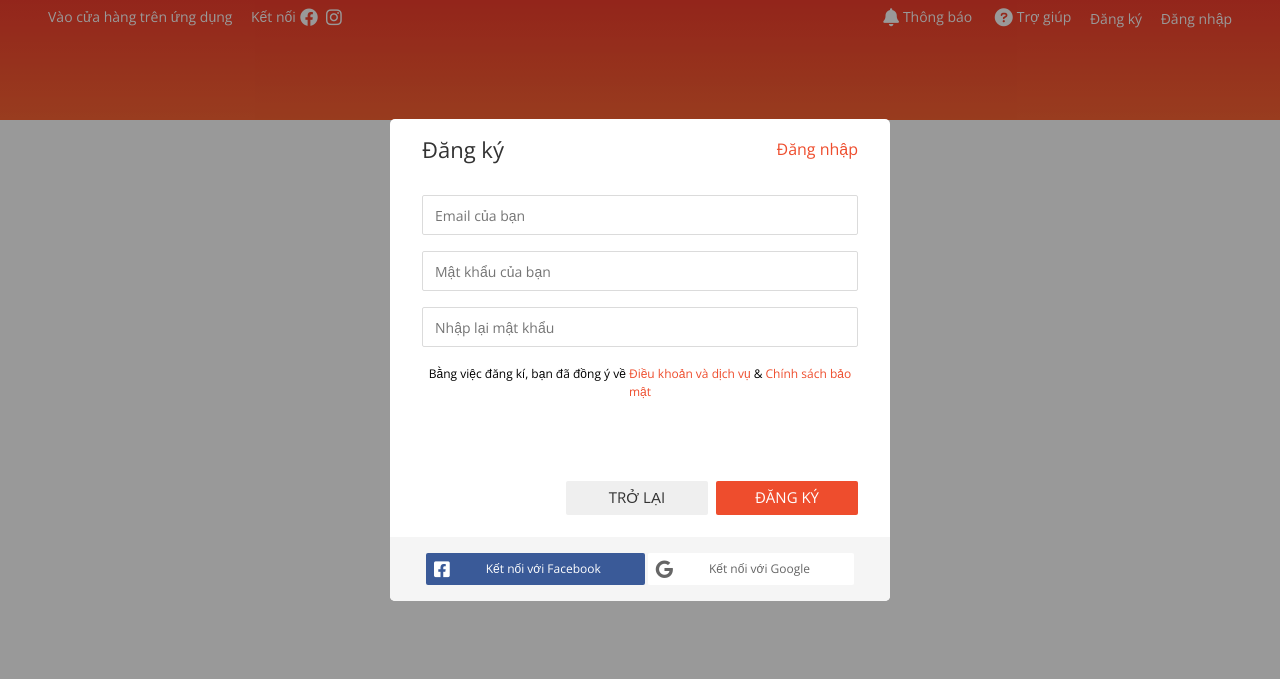
Repository: trongtamdev/Clone-Shopee-Page
Page: index.html
An editor plug-in stored every save of this project. The page is shown before and after the next save, followed by the edit.
The browser window is 1280 px wide. The pictures show the whole page.

Above is the page before, as saved 2022-07-08 22:24:05.

### index.html
<!DOCTYPE html>
<html lang="en">

<head>
    <meta charset="UTF-8">
    <meta http-equiv="X-UA-Compatible" content="IE=edge">
    <meta name="viewport" content="width=device-width, initial-scale=1.0">
    <title>Document</title>
    <link rel="stylesheet" href="https://cdnjs.cloudflare.com/ajax/libs/normalize/8.0.1/normalize.min.css">
    <link rel="stylesheet" href="assets/css/base.css">
    <link rel="stylesheet" href="assets/css/main.css">
    <link rel="stylesheet" href="assets/fonts/fontawesome-free-6.1.1/css/all.min.css">
    <link href="https://fonts.googleapis.com/css2?family=Open+Sans:wght@300;400;500;700&display=swap" rel="stylesheet">
</head>
    <div class="app">
        <header class="header">
            <div class="grid">
                <nav class="header__navbar">
                    <ul class="header__navbar-list">
                        <li class="header__navbar-item header__navbar-item--has-qr">
                            Vào cửa hàng trên ứng dụng
                            <div class="header__qr">
                                <img src="assets/img/qr_code.png" alt="QR code" class="header__qr-img">
                                <div class="header__qr-apps">
                                    <a href="" class="header__qr-link">
                                        <img src="assets/img/google_play.png" alt="Google play" class="header__qr-download-img">
                                    </a>
                                    <a href="" class="header__qr-link">
                                        <img src="assets/img/app_store.png" alt="App store" class="header__qr-download-img">
                                    </a>
                                </div>
                            </div>
                        </li>
                        <li class="header__navbar-item">
                            <span class="header__navbar-title--no-pointer">Kết nối</span>
                            <a href="" class="header__navbar-icon-link">
                                <i class="header__navbar-icon fa-brands fa-facebook"></i>
                            </a>
                            <a href="" class="header__navbar-icon-link">
                                <i class="header__navbar-icon fa-brands fa-instagram"></i>
                            </a>
                        </li>
                    </ul>

                    <ul class="header__navbar-list">
                        <li class="header__navbar-item">
                            <a href="" class="header__navbar-item-link">
                                <i class="header__navbar-icon fa-solid fa-bell"></i>
                                Thông báo</a>
                        </li>

                        <li class="header__navbar-item">
                            <a href="" class="header__navbar-item-link">
                                <i class="header__navbar-icon fa-solid fa-circle-question"></i>
                                Trợ giúp</a>
                        </li>

                        <li class="header__navbar-item header__navbar-item--strong">Đăng ký</li>
                        <li class="header__navbar-item header__navbar-item--strong">Đăng nhập</li>
                    </ul>
                </nav>
            </div>

        </header>

        <div class="container">

        </div>

        <footer class="footer">

        </footer>
    </div>
    <div class="modal">
        <div class="modal__overlay">

        </div>
        <div class="modal__body">

            <!-- Auth form -->
            <div class="auth-form">
                <div class="auth-form__container">
                    <div class="auth-form__header">
                        <h3 class="auth-form__heading">Đăng ký</h3>
                        <span class="auth-form__switch-btn">Đăng nhập</span>
                    </div>

                    <div class="auth-form__form">
                        <div class="auth-form__group">
                            <input type="text" class="auth-form__input" placeholder="Email của bạn">
                        </div>

                        <div class="auth-form__group">
                            <input type="password" class="auth-form__input" placeholder="Mật khẩu của bạn">
                        </div>

                        <div class="auth-form__group">
                            <input type="password" class="auth-form__input" placeholder="Nhập lại mật khẩu">
                        </div>
                    </div>

                    <div class="auth-form__aside">
                        <p class="auth-form__policy-text">
                            Bằng việc đăng kí, bạn đã đồng ý về
                            <a href="" class="auth-form__text-link">Điều khoản và dịch vụ</a> &
                            <a href="" class="auth-form__text-link">Chính sách bảo mật</a>
                        </p>
                    </div>

                    <div class="auth-form__controls">
                        <button class="btn btn--normal auth-form__controls-back">TRỞ LẠI</button>
                        <button class="btn btn--primary">ĐĂNG KÝ</button>
                    </div>
                </div>

                <div class="auth-form__socials">
                    <a href="" class="btn auth-form__socials--facebook btn--size-s btn--with-icon">
                        <i class="auth-form__socials-icon fa-brands fa-facebook-square"></i>
                        <span class="auth-form__socials-title">
                            Kết nối với Facebook
                        </span>
                    </a>

                    <a href="" class="btn auth-form__socials--google btn--size-s btn--with-icon">
                        <i class="auth-form__socials-icon fa-brands fa-google"></i>
                        <span class="auth-form__socials-title">
                        Kết nối với Google
                        </span>
                    </a>
                </div>
            </div>
        </div>
    </div>
<body>

</body>

</html>

### assets/css/base.css
:root {
    --white-color :#fff;
    --back-color :#000;
    --text-color : #333;
    --primary-color: #EE4D2D;
    --border-color: #dbdbdb;
}

*{
    box-sizing: inherit;
}

html {
    font-size: 62.5%;
    line-height: 1.6rem;
    font-family: 'Open Sans', sans-serif;;
    box-sizing: border-box;
}

.grid {
    width: 1200px;
    max-width: 100%;
    margin: 0 auto;
}

.grid__full-width {
    width: 100%;
}

.grid__row {
    display: flex;
    flex-wrap: wrap
}

/* Animation */
@keyframes fadeIn {
    from {
        opacity: 0;
    }to {
        opacity: 1;
    }
}

/* Modal */

.modal {
    position: fixed;
    top: 0;
    right: 0;
    bottom: 0;
    left: 0;
    display: flex;
}

.modal__overlay {
    position: absolute;
    width: 100%;
    height: 100%;
    background-color: rgba(0, 0, 0, 0.4);
}

.modal__body {
    margin: auto;
    position: relative;
    z-index: 1;
}

/* Button Style */
.btn {
    min-width: 142px;
    height: 34px;
    text-decoration: none;
    border: none;
    border-radius: 2px;
    font-size: 1.5rem;
    padding: 0 12px;
    outline: none;
    cursor: pointer;
    color: var(--text-color);
    display: flex;
    align-items: center;
    justify-content: center;
}

.btn.btn--normal:hover {
    background-color: rgba(0, 0, 0, 0.2);
}

.btn.btn--size-s {
    height: 32px;
    font-size: 12px;
    padding: 0 8px;
}


.btn.btn--primary {
    color: var(--white-color);
    background-color: var(--primary-color);
}

.btn.btn--disabled {
    color: #949494;
    cursor: default;
    background-color: #c3c3c3;
}

### assets/css/main.css
.header {
    height: 120px;
    background-image: linear-gradient(0, #fe6433, #f53e2d);
}

.header__navbar {
    display: flex;
    justify-content: space-between;
}

.header__navbar-list {
    list-style: none;
    padding: 0;
    margin-top: 4px;
}

.header__navbar-item {
    margin: 0 8px;
    position: relative;
    min-height: 26px;
}

.header__navbar-item--has-qr:hover .header__qr {
    display: block;
}

.header__navbar-item,
.header__navbar-item-link{
    display: inline-block;
    font-size: 1.4rem;
    color :var(--white-color);
    text-decoration: none;
    font-weight: 300;
}

.header__navbar-item,
.header__navbar-item-link,
.header__navbar-icon-link {
    display: inline-flex;
    align-items: center;
}

.header__navbar-item:hover,
.header__navbar-item-link:hover,
.header__navbar-icon-link:hover{
    cursor: pointer;
    color: rgba(255, 255, 255, 0.7);
}

.header__navbar-item--strong {
    font-weight: 400;
}


.header__navbar-icon-link {
    color: var(--white-color);
    text-decoration: none;
}

.header__navbar-icon {
    font-size: 1.8rem;
    margin: 0 4px;
}

.header__navbar-title--no-pointer {
    color: var(--white-color);
    cursor: text;
}

/* Header QR code */

.header__qr {
    width: 186px;
    background-color: var(--white-color);
    position: absolute;
    left: 0;
    top: 118%;
    padding: 8px;
    border-radius: 2px;
    display: none;
    animation: fadeIn ease-in 0.5s;
}

.header__qr::before {
    position: absolute;
    left: 0;
    top: -16px;
    width: 100%;
    height: 20px;
    content: "";
    display: block;
}

.header__qr-img {
    width: 100%;
}

.header__qr-apps {
    display: flex;
}

.header__qr-link:nth-child(1) {
    margin-left: 11px;
}

.header__qr-link:nth-child(2) {
    margin-right: 11px;
}

.header__qr-download-img {
    height: 18px;
}


/* Authen Modal */

.auth-form {
    width: 500px;
    background-color: var(--white-color);
    border-radius: 5px;
    overflow: hidden;
}


.auth-form__container {
    padding: 0 32px;
}

.auth-form__header {
    display: flex;
    align-items: center;
    justify-content: space-between;
}

.auth-form__heading {
    font-size: 2.2rem;
    font-weight: 400;
    color: var(--text-color);
}

.auth-form__switch-btn {
    font-size: 1.6rem;
    font-weight: 400;
    color: var(--primary-color);
    cursor: pointer;
}

.auth-form__form {

}

.auth-form__input {
    width: 100%;
    height: 40px;
    margin-top: 16px;
    padding: 0 12px;
    font-size: 1.4rem;
    border: 1px solid var(--border-color);
    border-radius: 2px;
    outline: none;
}

.auth-form__input:focus {
    border-color: #777;
}

.auth-form__aside {
    margin-top: 18px;
}

.auth-form__policy-text {
    font-size: 1.2rem;
    line-height: 1.8rem;
    text-align: center;
    padding: 0 12pxs;
}

.auth-form__text-link {
    text-decoration: none;
    color: var(--primary-color);
}

.auth-form__controls {
    display: flex;
    justify-content: flex-end;
    margin-top: 80px;
}

.auth-form__controls-back {
    margin-right: 8px;
}

.auth-form__socials {
    background-color: #f5f5f5;
    padding: 16px 36px;
    display: flex;
    justify-content: space-between;
    margin-top: 22px;
}

.auth-form__socials-icon {
    font-size: 1.8rem;

}

.auth-form__socials--facebook {
    color: var(--white-color);
    background-color: #3A5A98;
}

.auth-form__socials--facebook
.auth-form__socials-icon {
    color: var(--white-color);
}

.auth-form__socials-title {
    margin: 0 36px;
}

.auth-form__socials--google {
    background-color: var(--white-color);
    color: #666;
}

Loaded but not shown: assets/fonts/fontawesome-free-6.1.1/css/all.min.css (library)

After the next save:
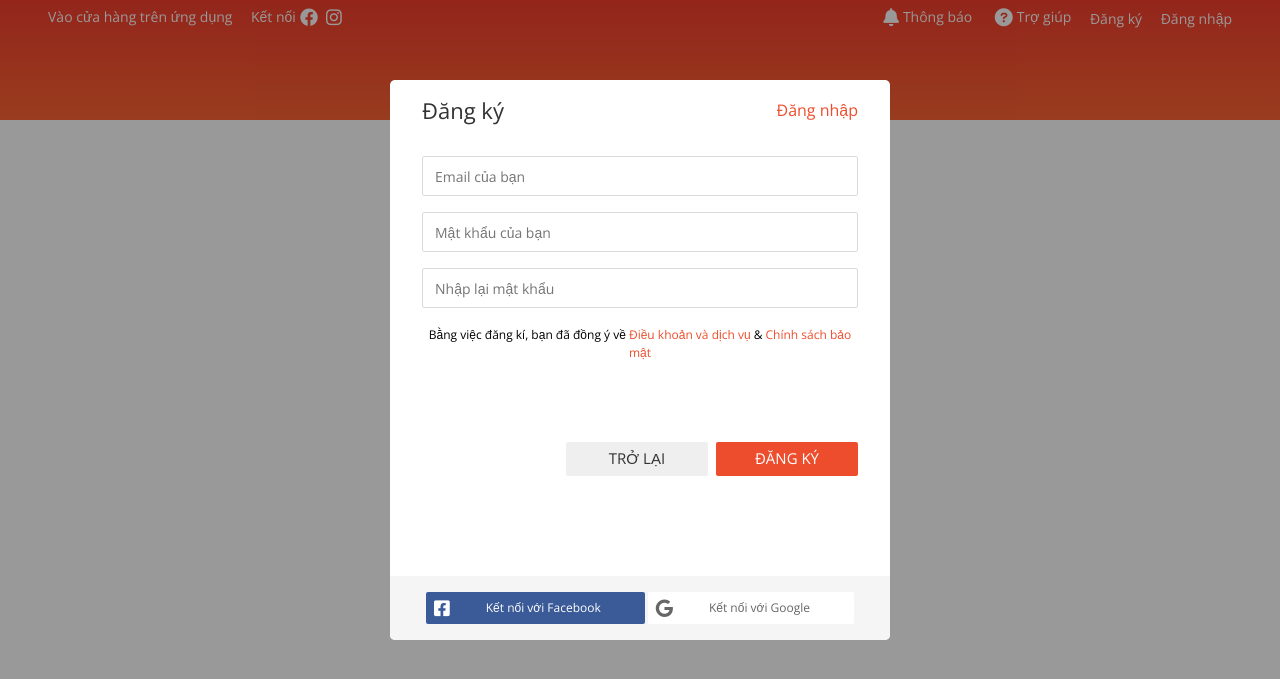
Saved 4 s later.
--- a/assets/css/main.css
+++ b/assets/css/main.css
@@ -195,7 +195,7 @@
     padding: 16px 36px;
     display: flex;
     justify-content: space-between;
-    margin-top: 22px;
+    margin-top: 100px;
 }
 
 .auth-form__socials-icon {
